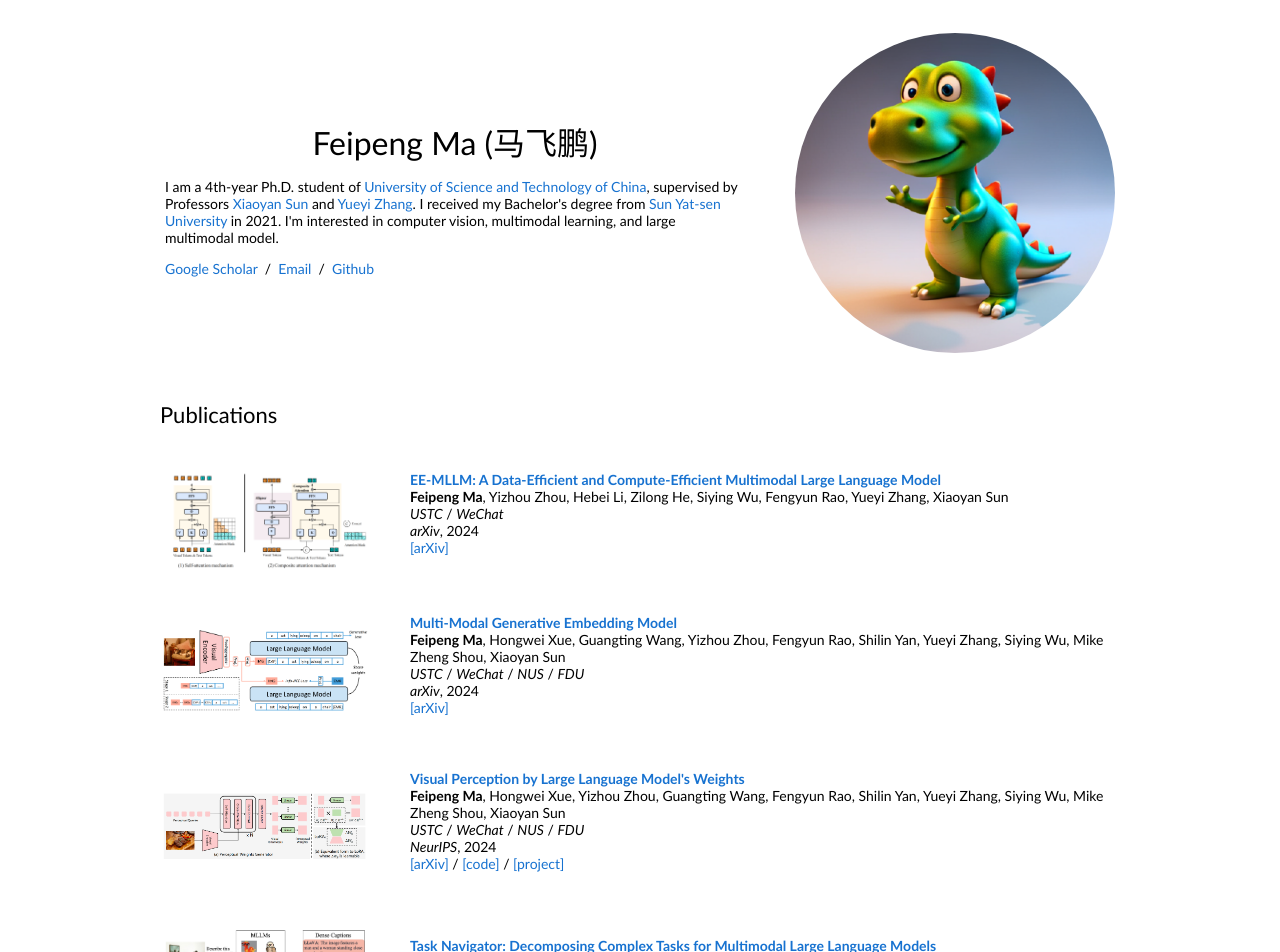
Repository: FeipengMa6/FeipengMa6.github.io
Page: index.html
The author's editor kept a copy of each file at every save. The page is drawn from the files as they stood at one save, then again after the next save.
The browser window is 1280 px wide. The pictures show the part of the page from y = 0 to 952 px (the page is 2071 px tall).

Above is the page before, as saved 2024-10-11 17:43:32.

After the next save:
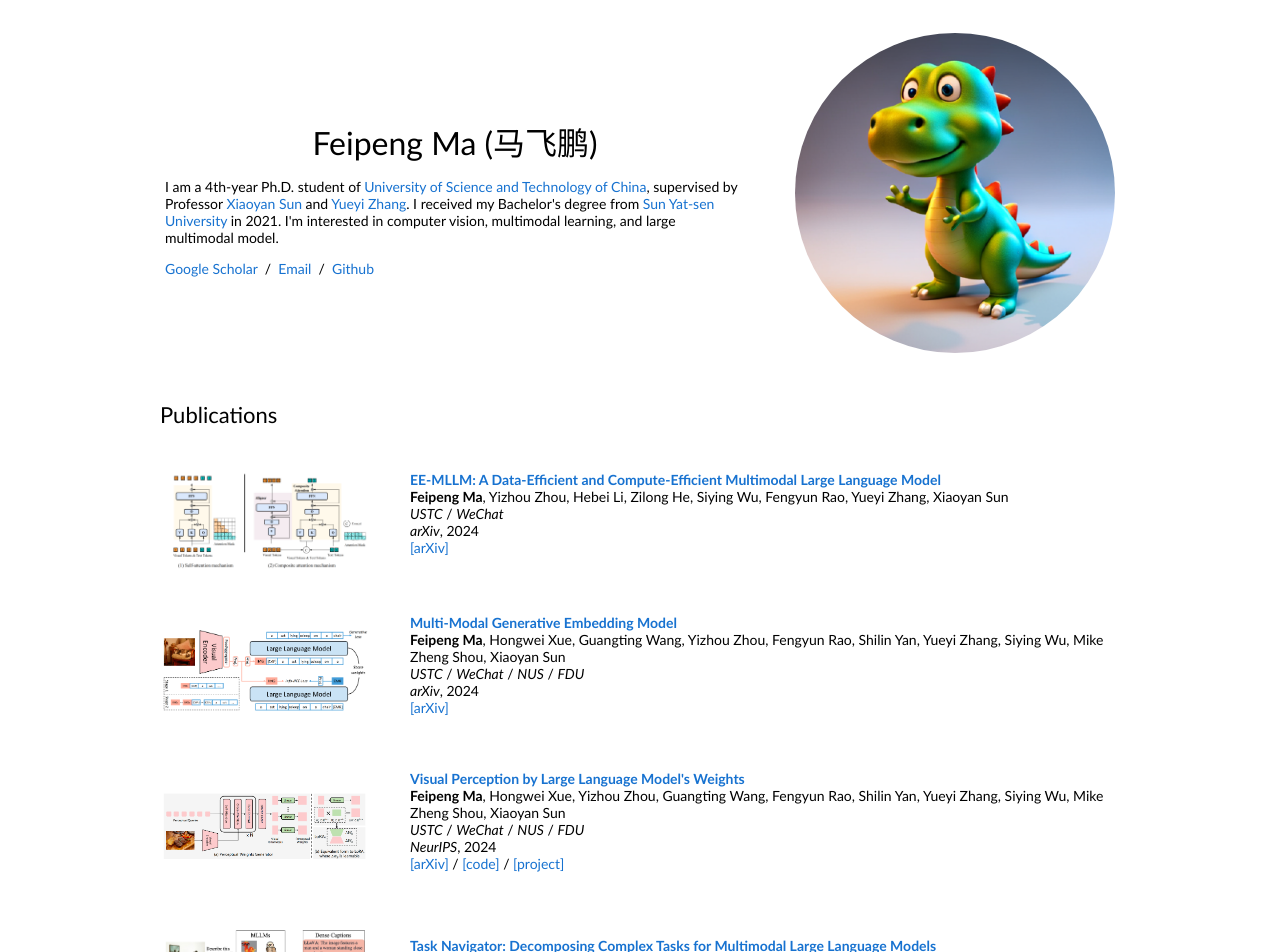
Saved 4 s later.
--- a/index.html
+++ b/index.html
@@ -17,7 +17,7 @@
                 <p class="name" style="text-align: center;">
                   Feipeng Ma (马飞鹏)
                 </p>
-                <p>I am a 4th-year Ph.D. student of <a href="https://en.ustc.edu.cn/">University of Science and Technology of China</a>, supervised by Professors <a href="https://scholar.google.com/citations?user=VRG3dw4AAAAJ&hl=zh-CN">Xiaoyan Sun</a> and <a href="https://scholar.google.com/citations?user=LatWlFAAAAAJ&hl=zh-CN&oi=ao">Yueyi Zhang</a>.
+                <p>I am a 4th-year Ph.D. student of <a href="https://en.ustc.edu.cn/">University of Science and Technology of China</a>, supervised by Professor <a href="https://scholar.google.com/citations?user=VRG3dw4AAAAJ&hl=zh-CN">Xiaoyan Sun</a> and <a href="https://scholar.google.com/citations?user=LatWlFAAAAAJ&hl=zh-CN&oi=ao">Yueyi Zhang</a>.
                   I received my Bachelor's degree from <a href="https://www.sysu.edu.cn/sysuen/">Sun Yat-sen University</a> in 2021.
                   I'm interested in computer vision, multimodal learning, and large multimodal model.
                 </p>

After the save that followed:
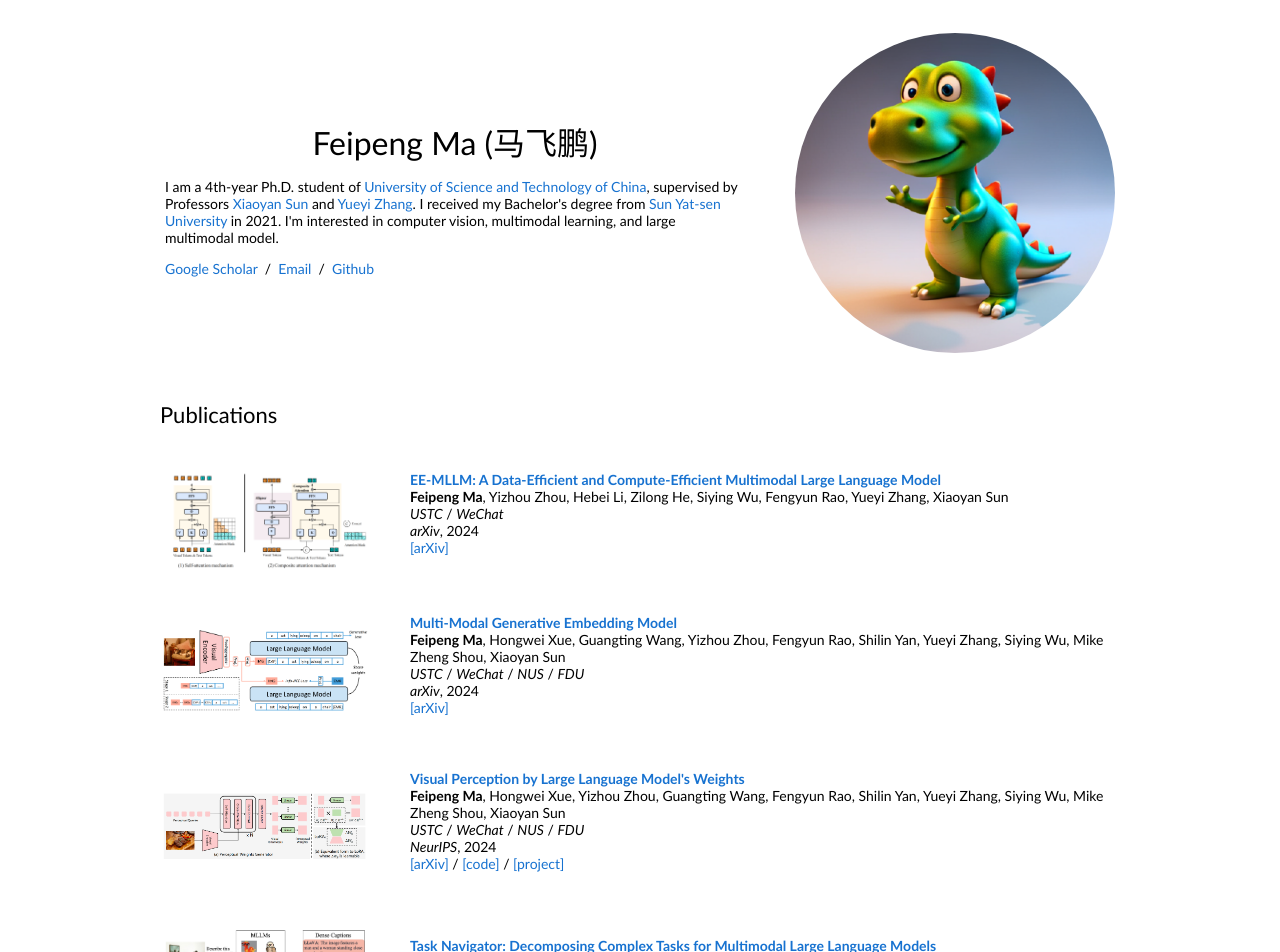
Saved 42 s later.
--- a/index.html
+++ b/index.html
@@ -17,7 +17,7 @@
                 <p class="name" style="text-align: center;">
                   Feipeng Ma (马飞鹏)
                 </p>
-                <p>I am a 4th-year Ph.D. student of <a href="https://en.ustc.edu.cn/">University of Science and Technology of China</a>, supervised by Professor <a href="https://scholar.google.com/citations?user=VRG3dw4AAAAJ&hl=zh-CN">Xiaoyan Sun</a> and <a href="https://scholar.google.com/citations?user=LatWlFAAAAAJ&hl=zh-CN&oi=ao">Yueyi Zhang</a>.
+                <p>I am a 4th-year Ph.D. student of <a href="https://en.ustc.edu.cn/">University of Science and Technology of China</a>, supervised by Professors <a href="https://scholar.google.com/citations?user=VRG3dw4AAAAJ&hl=zh-CN">Xiaoyan Sun</a> and <a href="https://scholar.google.com/citations?user=LatWlFAAAAAJ&hl=zh-CN&oi=ao">Yueyi Zhang</a>.
                   I received my Bachelor's degree from <a href="https://www.sysu.edu.cn/sysuen/">Sun Yat-sen University</a> in 2021.
                   I'm interested in computer vision, multimodal learning, and large multimodal model.
                 </p>
